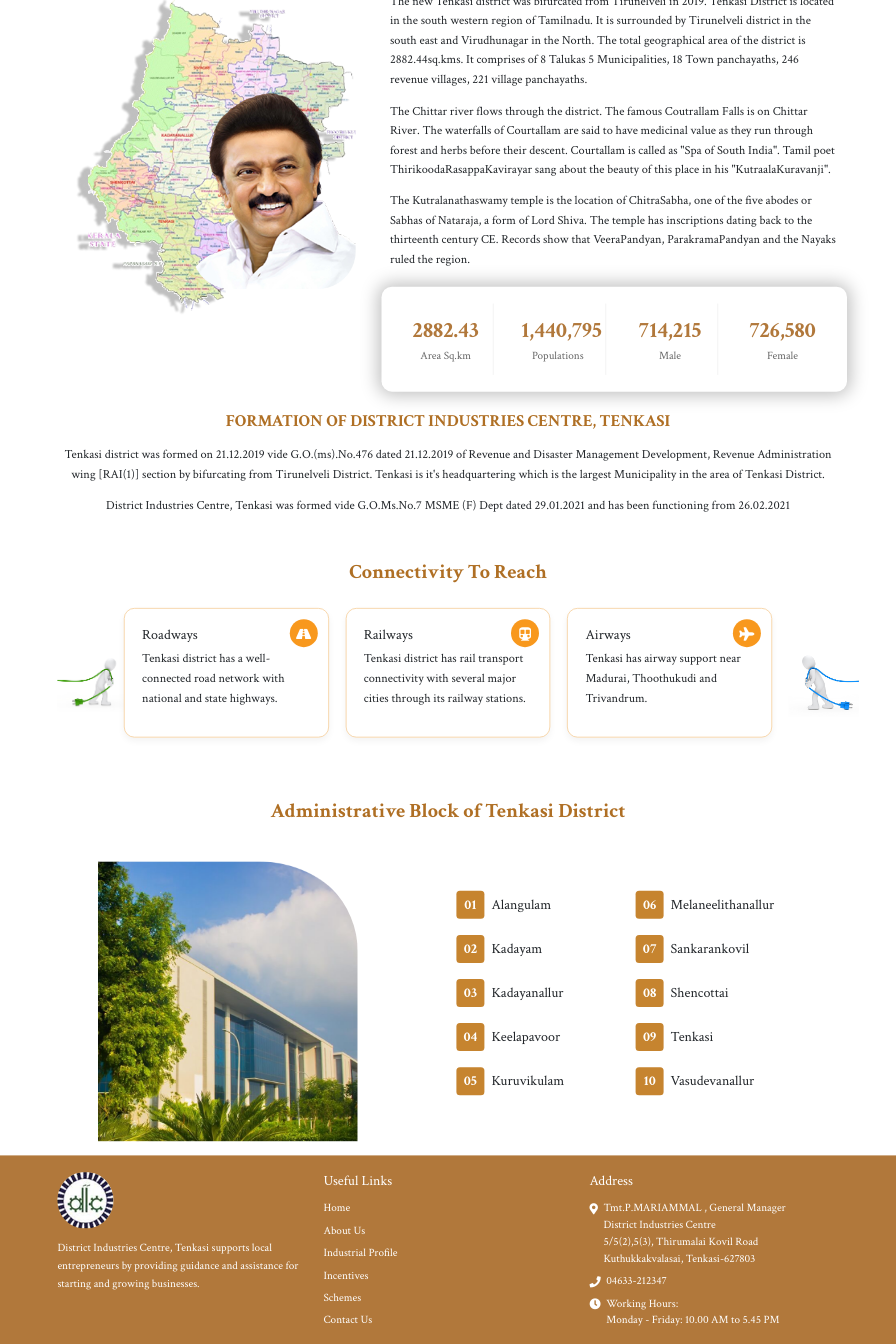
Repository: Brand-Mindz-Global-Technology-Pvt-Ltd/TenkasiDIC--FrontEnd
Page: About US/aboutus.html
The author's editor kept a copy of each file at every save. The page is drawn from the files as they stood at one save, then again after the next save.
The browser window is 1280 px wide. The pictures show the part of the page from y = 632 to 2552 px (the page is 2656 px tall), at 70% of full size.

Above is the page before, as saved 2025-07-07 13:29:31.

After the next save:
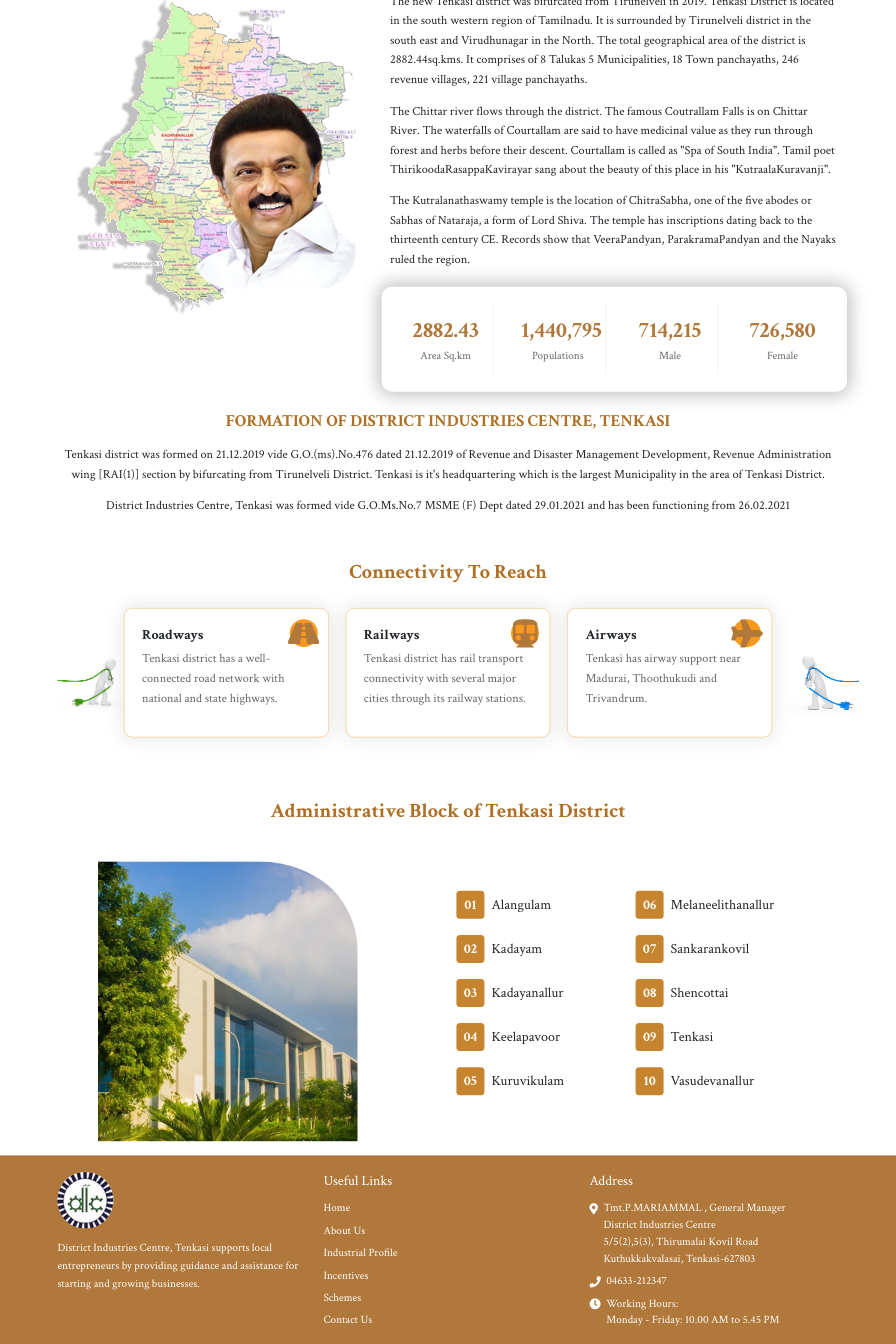
Saved 2 min 15 s later.
--- a/About US/aboutus.html
+++ b/About US/aboutus.html
@@ -128,6 +128,46 @@
   </div>
 
   <!-- Connectivity -->
+  <style>
+    .connect-card {
+      transition: box-shadow 0.3s, transform 0.3s, background 0.3s;
+      background: #fff;
+      border-radius: 12px;
+      box-shadow: 0 0 25px 5px rgba(0, 0, 0, 0.08);
+      cursor: pointer;
+      position: relative;
+      z-index: 1;
+    }
+    .connect-card:hover {
+      box-shadow: 0 8px 32px 0 rgba(176, 120, 59, 0.25), 0 1.5px 8px 0 rgba(0,0,0,0.10);
+      transform: translateY(-8px) scale(1.03);
+      background: linear-gradient(105deg, #f7f3ed 80%, #ffe7c2 100%);
+    }
+    .connect-card .connect-icon {
+      font-size: 2.5rem;
+      color: #b1783b;
+      margin-bottom: 10px;
+      transition: color 0.3s;
+    }
+    .connect-card:hover .connect-icon {
+      color: #0047AB;
+    }
+    .connect-card h5 {
+      font-weight: bold;
+      margin-bottom: 8px;
+      transition: color 0.3s;
+    }
+    .connect-card:hover h5 {
+      color: #b1783b;
+    }
+    .connect-card p {
+      color: #666;
+      transition: color 0.3s;
+    }
+    .connect-card:hover p {
+      color: #333;
+    }
+  </style>
   <div class="connectivity-title">Connectivity To Reach</div>
   <div class="row justify-content-between align-items-center">
     <div class="col-md-1 text-center d-none d-md-block">

After the 3 saves that followed:
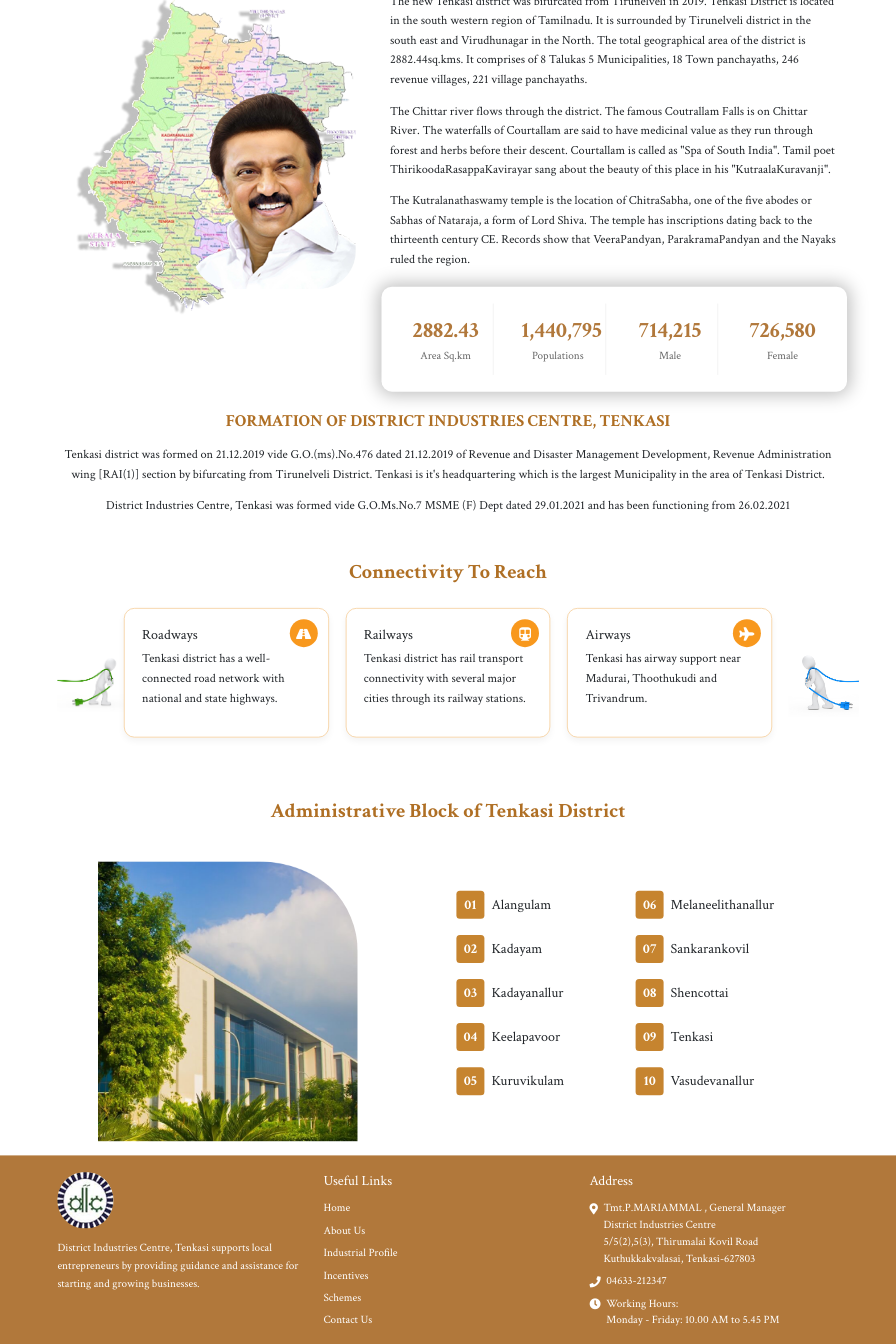
The 3 saves are shown as one change because 2 left the picture as it was.
The last was saved 42 s later.
--- a/About US/aboutus.html
+++ b/About US/aboutus.html
@@ -128,46 +128,6 @@
   </div>
 
   <!-- Connectivity -->
-  <style>
-    .connect-card {
-      transition: box-shadow 0.3s, transform 0.3s, background 0.3s;
-      background: #fff;
-      border-radius: 12px;
-      box-shadow: 0 0 25px 5px rgba(0, 0, 0, 0.08);
-      cursor: pointer;
-      position: relative;
-      z-index: 1;
-    }
-    .connect-card:hover {
-      box-shadow: 0 8px 32px 0 rgba(176, 120, 59, 0.25), 0 1.5px 8px 0 rgba(0,0,0,0.10);
-      transform: translateY(-8px) scale(1.03);
-      background: linear-gradient(105deg, #f7f3ed 80%, #ffe7c2 100%);
-    }
-    .connect-card .connect-icon {
-      font-size: 2.5rem;
-      color: #b1783b;
-      margin-bottom: 10px;
-      transition: color 0.3s;
-    }
-    .connect-card:hover .connect-icon {
-      color: #0047AB;
-    }
-    .connect-card h5 {
-      font-weight: bold;
-      margin-bottom: 8px;
-      transition: color 0.3s;
-    }
-    .connect-card:hover h5 {
-      color: #b1783b;
-    }
-    .connect-card p {
-      color: #666;
-      transition: color 0.3s;
-    }
-    .connect-card:hover p {
-      color: #333;
-    }
-  </style>
   <div class="connectivity-title">Connectivity To Reach</div>
   <div class="row justify-content-between align-items-center">
     <div class="col-md-1 text-center d-none d-md-block">
